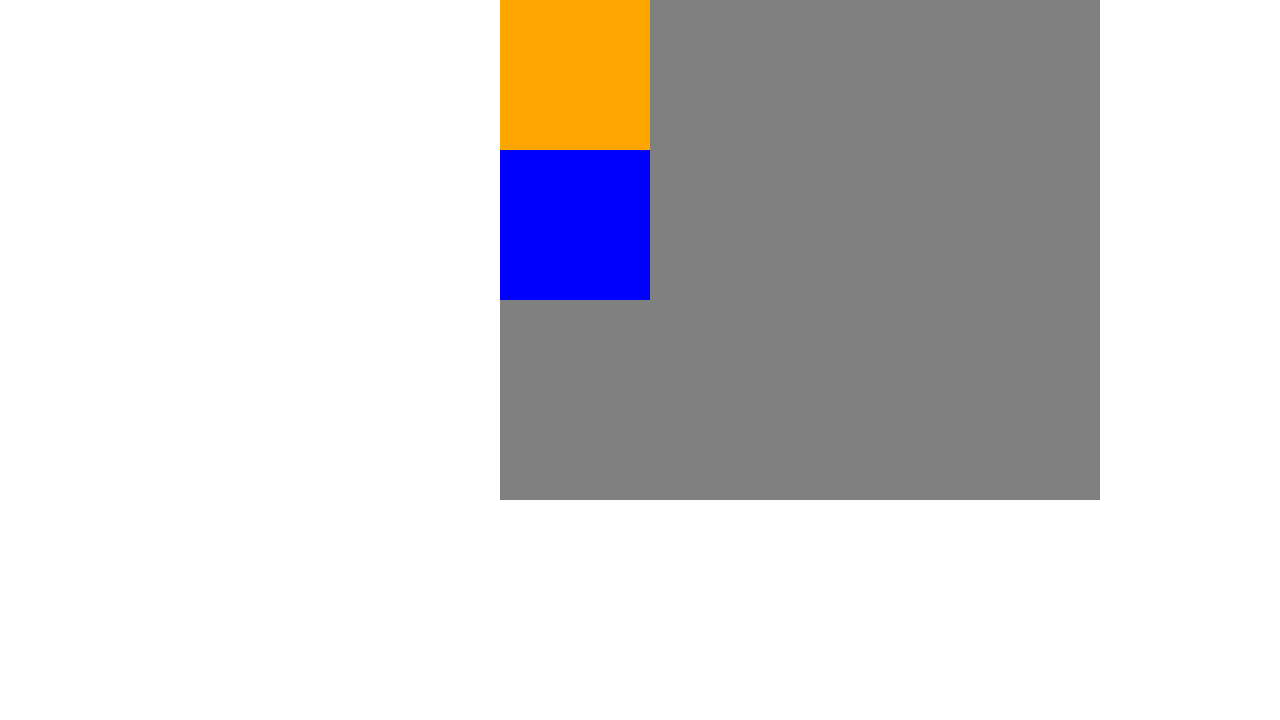
Repository: AytacSafarova/Task-12
Page: index.html
These files come from the project's save history. The page is drawn as it stood at one moment and after a run of saves; the edit follows.
The browser window is 1280 px wide. The pictures show the whole page.

Above is the page before, as saved 2023-07-27 13:54:24.

After the next 3 saves:
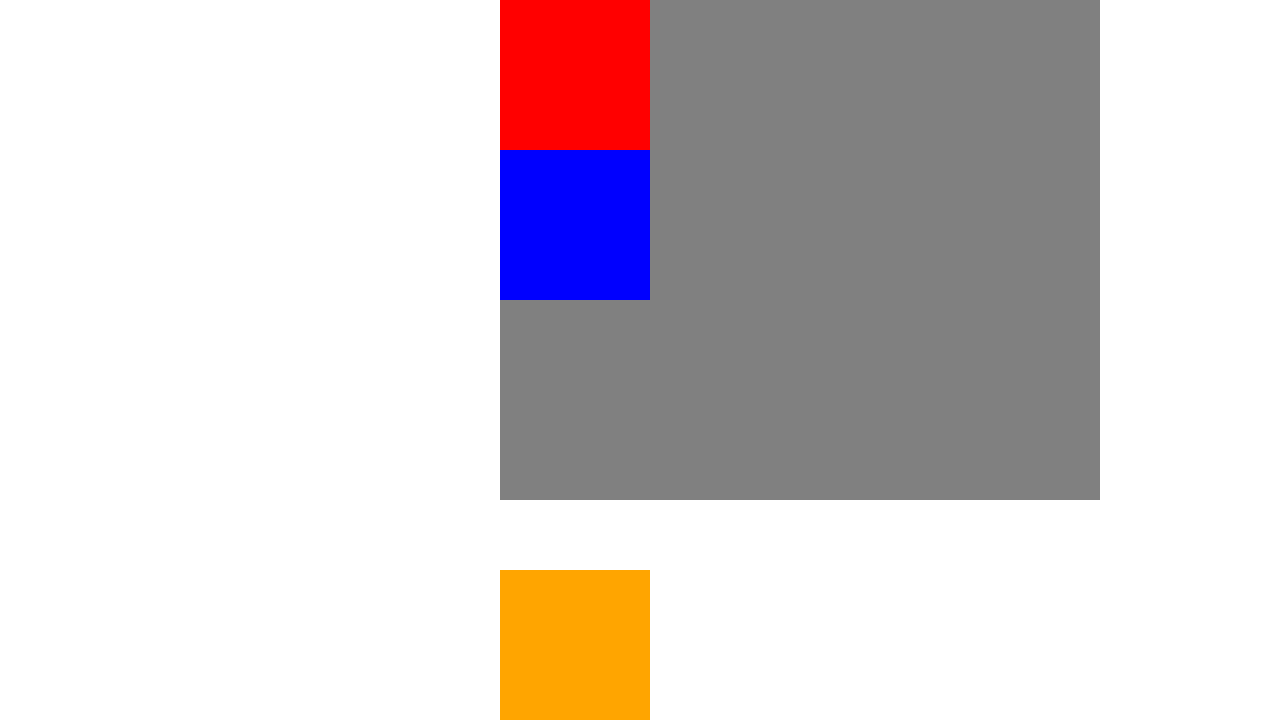
The 3 saves are shown as one change because they came seconds apart.
The last was saved 7 s later.
--- a/index.css
+++ b/index.css
@@ -18,7 +18,7 @@ margin-left: 500px;
 .card:first-child{
     background-color: orange;
     position: absolute;
-    left: bottom;
+bottom: 0;
 }
 .card:nth-child(2){
     background-color: red;
